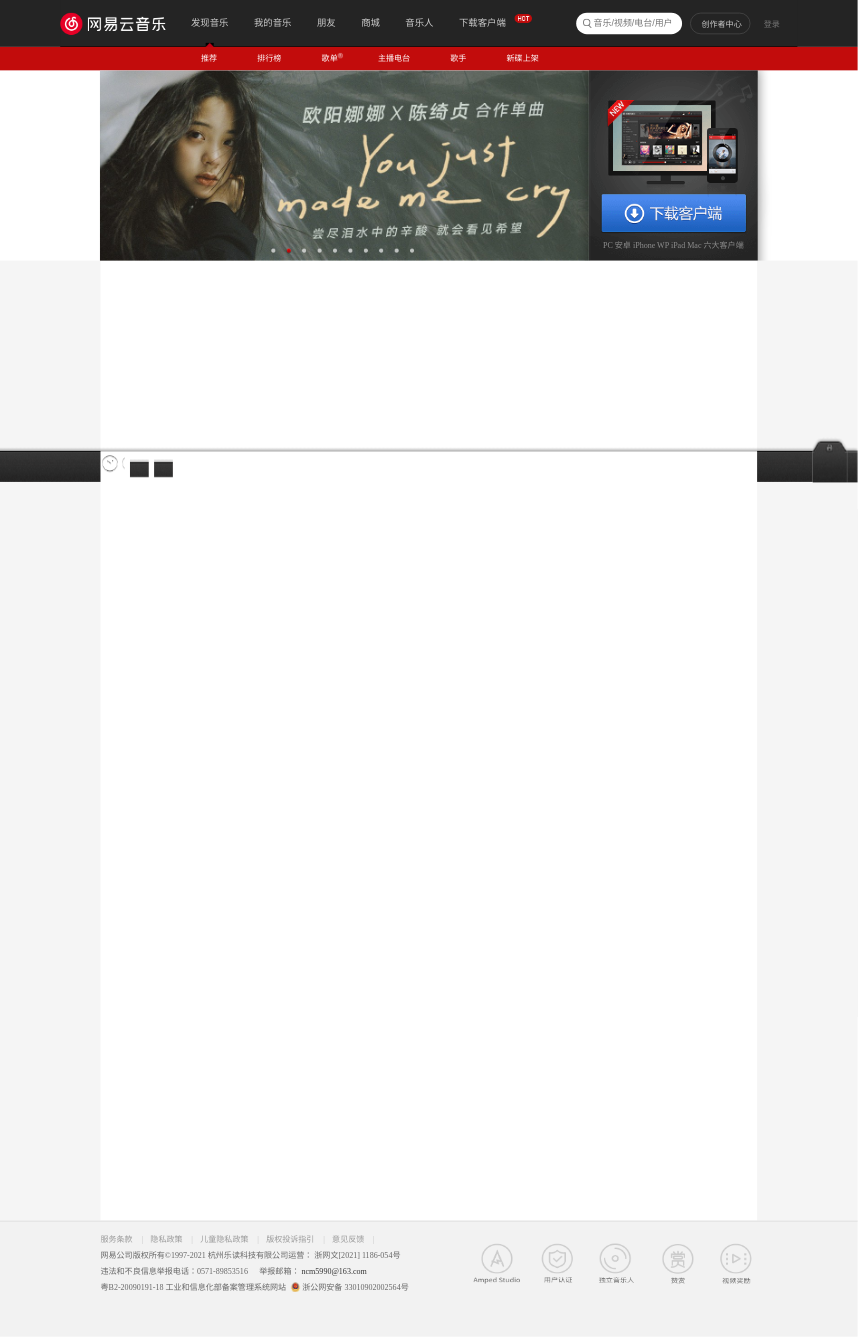
Repository: changfeng5/cat
Page: cat/index.html
The author's editor kept a copy of each file at every save. The page is drawn from the files as they stood at one save, then again after the next save.
The browser window is 1280 px wide. The pictures show the whole page, at 67% of full size.

Above is the page before, as saved 2021-05-01 02:52:46.

### cat/index.html
<!DOCTYPE html>
<html lang="en">

<head>
  <meta charset="UTF-8" />
  <meta http-equiv="X-UA-Compatible" content="IE=edge" />
  <meta name="viewport" content="width=device-width, initial-scale=1.0" />
  <title>网易云音乐</title>
  <link rel="shortcut icon" href="favicon.ico" />
  <link rel="stylesheet" href="css/style.css" />
  <script src="js/animate.js"></script>
  <script src="js/index.js"></script>
</head>

<body>
  <!-- 头部导航栏 -->
  <div class="header-wrapper">
    <!-- 导航栏 -->
    <div class="nav-wrapper">
      <div class="nav">
        <div class="logo">
          <a href="#"></a>
        </div>
        <ul>
          <li>
            <a href="#">
              <p>发现音乐</p>
              <sub></sub>
            </a>
          </li>
          <li>
            <a href="#">
              <p>我的音乐</p>
            </a>
          </li>
          <li>
            <a href="#">
              <p>朋友</p>
            </a>
          </li>
          <li>
            <a href="#">
              <p>商城</p>
            </a>
          </li>
          <li>
            <a href="#">
              <p>音乐人</p>
            </a>
          </li>
          <li class="lst">
            <a href="#">
              <p>下载客户端</p>
              <span></span>
            </a>
          </li>
        </ul>
        <div class="login">
          <a href="#">登录</a>
          <div class="inner">
            <div class="arr"></div>
          </div>
        </div>
        <div class="creator-center">
          <a href="#">创作者中心</a>
        </div>
        <div class="srch">
          <span></span>
          <input type="text" placeholder="音乐/视频/电台/用户">
        </div>
      </div>
    </div>
    <!-- 子导航栏 -->
    <div class="subnav-wrapper">
      <div class="subnav">
        <ul>
          <li>
            <a href="#">
              <p>推荐</p>
            </a>
          </li>
          <li>
            <a href="#">
              <p>排行榜</p>
            </a>
          </li>
          <li>
            <a href="#">
              <p>歌单<span></span></p>
            </a>
          </li>
          <li>
            <a href="#">
              <p>主播电台</p>
            </a>
          </li>
          <li>
            <a href="#">
              <p>歌手</p>
            </a>
          </li>
          <li>
            <a href="#">
              <p>新碟上架</p>
            </a>
          </li>
        </ul>
      </div>
    </div>
  </div>
  <!-- 推荐-轮播图 -->
  <div class="banner_wrpper">
    <div class="banner">
      <div class="banl">
        <!-- 左按钮 -->
        <a href="javascript:;" class="arrowl"></a>
        <!-- 右按钮 -->
        <a href="javascript:;" class="arrowr"></a>
        <div class="hid">
          <ul>
            <li><a href="#"><img src="images/l1.jpg" alt=""></a></li>
            <li><a href="#"><img src="images/l2.jpg" alt=""></a></li>
            <li><a href="#"><img src="images/l3.jpg" alt=""></a></li>
            <li><a href="#"><img src="images/l4.jpg" alt=""></a></li>
            <li><a href="#"><img src="images/l5.jpg" alt=""></a></li>
            <li><a href="#"><img src="images/l6.jpg" alt=""></a></li>
            <li><a href="#"><img src="images/l7.jpg" alt=""></a></li>
            <li><a href="#"><img src="images/l8.jpg" alt=""></a></li>
            <li><a href="#"><img src="images/l9.jpg" alt=""></a></li>
            <li><a href="#"><img src="images/l10.jpg" alt=""></a></li>
          </ul>
        </div>
        <!-- 小圆点 -->
        <ol>
          <li></li>
          <li></li>
          <li></li>
          <li></li>
          <li></li>
          <li></li>
          <li></li>
          <li></li>
          <li></li>
          <li></li>
        </ol>
      </div>
      <div class="banr">
        <a href="#"></a>
        <p>PC 安卓 iPhone WP iPad Mac 六大客户端</p>
        <span class="shadow_l"></span>
        <span class="shadow_r"></span>
      </div>
    </div>
  </div>

  <!-- 推荐-内容 -->
  <div class="main-wrapper">
    <div class="main">

    </div>
  </div>

  <!-- 底部 -->
  <div class="ft-wrapper">
    <div class="ft">
      <div class="copy">
        <p class="link">
          <a href="#" class="fc1">服务条款</a>
          <span class="line">|</span>
          <a href="#" class="fc1">隐私政策</a>
          <span class="line">|</span>
          <a href="#" class="fc1">儿童隐私政策</a>
          <span class="line">|</span>
          <a href="#" class="fc1">版权投诉指引</a>
          <span class="line">|</span>
          <a href="#" class="fc1">意见反馈</a>
          <span class="line">|</span>
        </p>
        <p class="fc2">
          <span>网易公司版权所有©1997-2021</span>
          <span>杭州乐读科技有限公司运营：</span>
          <a href="#">浙网文[2021] 1186-054号</a>
        </p>
        <p class="fc2">
          <span class="fc2-1">违法和不良信息举报电话：0571-89853516</span>
          <span>举报邮箱：</span>
          <a href="#" class="email">ncm5990@163.com</a>
        </p>
        <p class="fc2">
          <a href="#">粤B2-20090191-18 工业和信息化部备案管理系统网站</a>
          <a href="#">
            <span class="police-logo"></span>
            <span>浙公网安备 33010902002564号</span>
          </a>
        </p>
      </div>
      <ul>
        <li>
          <a href="#" class="ft-logo1"></a>
          <span class="ft-tt1"></span>
        </li>
        <li>
          <a href="#" class="ft-logo2"></a>
          <span class="ft-tt2"></span>
        </li>
        <li>
          <a href="#" class="ft-logo3"></a>
          <span class="ft-tt3"></span>
        </li>
        <li>
          <a href="#" class="ft-logo4"></a>
          <span class="ft-tt4"></span>
        </li>
        <li>
          <a href="#" class="ft-logo5"></a>
          <span class="ft-tt5"></span>
        </li>
      </ul>
    </div>
  </div>

  <!-- 回到顶部 -->
  <a href="#" class="back" title="回到顶部"></a>

  <!-- 底部播放条 -->
  <div class="player_w">
    <div class="player">
      <div class="updn">
        <div class="p_r_l">
          <a href="javascript:;"></a>
        </div>
        <div class="p_r_r"></div>
      </div>
      <div class="bg"></div>
      <div class="hand" title="展开播放条"></div>
      <div class="player_m">
        <div class="btns">
          <a href="javascript:;" class="prv" title="上一首"></a>
          <a href="javascript:;" class="ply" title="播放/暂停"></a>
          <a href="javascript:;" class="nxt" title="下一首"></a>
        </div>
        <div class="head"></div>
        <div class="play"></div>
        <div class="oper"></div>
        <div class="ctrl"></div>
      </div>
    </div>
  </div>
</body>

</html>

### cat/css/style.css
* {
  margin: 0;
  padding: 0;
}

li {
  list-style: none;
}

a {
  text-decoration: none;
}

body {
  font-size: 12px;
  color: #333;
}

html {
  min-width: 1100px;
}

/* 主导航栏 */

.nav-wrapper {
  height: 70px;
  background: #242424;
}

.nav {
  margin: 0 auto;
  width: 1100px;
  height: 70px;
  box-sizing: border-box;
  background: #242424;
  border-bottom: 1px solid #000;
}

/* 网易云logo */
.nav .logo {
  float: left;
  width: 176px;
  height: 69px;
  background: url(../images/1.png) no-repeat;
  background-position: 0 0;
}

.nav .logo a {
  float: left;
  width: 157px;
  height: 100%;
  padding-right: 20px;
}

.nav ul li {
  float: left;
}

.nav ul li a {
  float: left;
  height: 100%;
  padding: 0 19px;
}

.nav ul li a:hover {
  background: #000;
  color: #fff;
}

.nav ul li a p {
  display: inline-block;
  height: 100%;
  line-height: 69px;
  font-size: 14px;
  color: #ccc;
}

.nav ul li sub {
  position: absolute;
  left: 50%;
  top: 64px;
  width: 12px;
  height: 7px;
  margin-left: -6px;
  overflow: hidden;
  background: url(../images/1.png) no-repeat;
  background-position: -226px 0;
}

.nav ul li {
  position: relative;
}

.nav ul .lst span {
  position: absolute;
  top: 21px;
  left: 100px;
  width: 28px;
  height: 19px;
  background: url(../images/1.png) no-repeat;
  background-position: -190px 0;
}

.nav .login {
  position: relative;
}

.nav .login a {
  float: right;
  width: 28px;
  height: 16px;
  margin: 27px 22px 0 20px;
  color: #787878;
}

.nav .login a:hover {
  color: #666;
  text-decoration: underline;
}

.nav .login .inner {
  display: none;
  position: absolute;
  top: 58px;
  right: -43px;
  width: 158px;
  background: #202020;
  border: 1px solid #202020;
}

.nav .login .inner .arr {
  position: absolute;
  top: -8px;
  left: 50%;
  width: 14px;
  height: 8px;
  margin-left: -7px;
  background: url(../images/2.png) no-repeat;
  background-position: -20px 0;
}

.nav .login:hover .inner {
  display: block;
}

.nav .creator-center a {
  float: right;
  width: 90px;
  height: 32px;
  margin: 19px 0 0 12px;
  box-sizing: border-box;
  padding-left: 16px;
  border: 1px solid #4f4f4f;
  border-radius: 20px;
  color: #ccc;
  line-height: 32px;
}

.nav .creator-center a:hover {
  border-color: #fff;
  color: #fff;
}

.nav .srch {
  float: right;
  width: 158px;
  height: 32px;
  margin-top: 19px;
  background: #fff;
  border-radius: 32px;
}

.nav .srch span {
  float: left;
  width: 26px;
  height: 32px;
  background: url(../images/1.png) no-repeat;
  background-position: 0 -99px;
}

.nav .srch input {
  float: left;
  margin-top: 8px;
  width: 126px;
  height: 16px;
  background: transparent;
  line-height: 16px;
  outline: none;
  border: 0;
}

/* 子导航栏 */
.subnav-wrapper {
  height: 35px;
  background: #c20c0c;
}

.subnav {
  margin: 0 auto;
  width: 1100px;
  height: 35px;
}

.subnav ul {
  padding-left: 180px;
}

.subnav ul li a {
  float: left;
  height: 34px;
}

.subnav ul li a p {
  position: relative;
  height: 20px;
  padding: 0 13px;
  margin: 7px 17px 0;
  border-radius: 20px;
  line-height: 20px;
  color: #fff;
}

.subnav ul li a:hover p {
  background: #9b0909;
}

.subnav ul li a span {
  position: absolute;
  top: 2px;
  width: 8px;
  height: 8px;
  background: url(../images/R.png) no-repeat;
  background-size: cover;
}

/* 推荐-轮播图 */
.banner_wrpper {
  width: 100%;
  background-size: cover;
}

.banner {
  position: relative;
  width: 982px;
  height: 284px;
  margin: 0 auto;
}

.banl {
  width: 730px;
  height: 100%;
}

.banl .hid {
  position: relative;
  overflow: hidden;
  width: 730px;
  height: 285px;
}

.banl ul {
  position: absolute;
  width: 1200%;
}

.banl ul li {
  float: left;
}

.banl img {
  width: 730px;
}

.banl > a {
  position: absolute;
  top: 50%;
  margin-top: -31px;
  width: 37px;
  height: 63px;
  background: url(../images/banner.png) no-repeat;
  z-index: 9;
}

.banl .arrowl {
  left: -68px;
  background-position: 0 -360px;
}

.banl .arrowl:hover {
  background-position: 0 -430px;
}

.banl .arrowr {
  right: -68px;
  background-position: 0 -508px;
}

.banl .arrowr:hover {
  background-position: 0 -578px;
}

.banl ol {
  position: absolute;
  top: 259px;
  left: 249px;
}

.banl ol li {
  display: inline-block;
  width: 20px;
  height: 20px;
  text-align: center;
  border-radius: 50%;
  cursor: pointer;
  background: url(../images/banner.png);
  background-position: 3px -343px;
}

.banl ol .current {
  background-position: -16px -343px;
}

.banr {
  position: absolute;
  top: 0;
  right: 0;
  width: 252px;
  height: 284px;
  background: url(../images/d.png);
}

.banr > a {
  display: block;
  width: 214px;
  height: 56px;
  margin: 185px 0 0 19px;
}

.banr > a:hover {
  background: url(../images/d.png);
  background-position: 0 -289px;
}

.banr > p {
  margin: 10px auto;
  text-align: center;
  color: #8d8d8d;
}

.banr > span {
  position: absolute;
  top: 0;
  width: 20px;
  height: 284px;
  background: url(../images/banner.png);
}

.banr .shadow_l {
  left: -20px;
  background-position: -1px 0;
}

.banr .shadow_r {
  right: -20px;
  background-position: -20px 0;
}

/* 推荐-内容 */
.main-wrapper {
  background: #f5f5f5;
}

.main {
  width: 980px;
  height: 1433px;
  margin: 0 auto;
  background: #fff;
}

/* 底部 */
.ft-wrapper {
  width: 100%;
  height: 172px;
  border-top: 1px solid #d3d3d3;
  background: #f2f2f2;
}

.ft {
  width: 980px;
  height: 100%;
  margin: 0 auto;
}

.ft .copy {
  float: left;
  width: 520px;
  padding-top: 15px;
  line-height: 24px;
}

.ft .copy .fc1 {
  color: #999;
}

.ft .copy .line {
  margin: 0 8px 0 10px;
  color: #c2c2c2;
}

.ft .copy .fc2 {
  color: #666;
}

.ft .copy .fc2 a {
  color: #666;
}

.ft .copy .fc2-1 {
  margin-right: 14px;
}

.ft .copy .fc2 .email {
  color: #333;
}

.ft .copy .fc2 .police-logo {
  display: inline-block;
  width: 14px;
  height: 14px;
  margin-left: 4px;
  vertical-align: -2px;
  background: url(../images/police.png) no-repeat;
  background-size: cover;
}

.ft .copy a:hover {
  text-decoration: underline;
}

.ft ul {
  float: right;
  width: 420px;
  margin-top: 33px;
}

.ft ul li {
  float: left;
  width: 60px;
  height: 70px;
  margin-left: 30px;
  color: #666;
}

.ft ul li:first-child {
  margin-left: 0;
}

.ft ul li a {
  display: block;
  width: 50px;
  height: 45px;
  margin: 0 auto;
  background: url(../images/footer-enter.png) no-repeat;
  background-size: 110px 552px;
}

.ft ul li .ft-logo1 {
  background-position: -60px -456.5px;
}

.ft ul li .ft-logo2 {
  background-position: -60px -101px;
}

.ft ul li .ft-logo3 {
  background-position: 0 0;
}

.ft ul li .ft-logo4 {
  background-position: -60px -50px;
}

.ft ul li .ft-logo5 {
  background-position: 0 -101px;
}

.ft ul li span {
  float: right;
  margin-top: 5px;
  width: 52px;
  height: 14px;
  background: url(../images/foot-enter-tt.png) no-repeat;
  background-size: 180px 139px;
}

.ft ul li .ft-tt1 {
  margin-right: -8px;
  width: 72px;
  background-position: 0 -108px;
}

.ft ul li .ft-tt2 {
  background-position: -1px -91px;
}

.ft ul li .ft-tt3 {
  margin-right: 4px;
  background-position: 0 0;
}

.ft ul li .ft-tt4 {
  margin-right: 2px;
  background-position: 0 -54px;
}

.ft ul li .ft-tt5 {
  margin-right: 4px;
  background-position: -1px -72px;
}

/* 回到顶部 */
.back {
  display: none;
  position: fixed;
  left: 50%;
  margin-left: 500px;
  bottom: 160px;
  width: 49px;
  height: 44px;
  background: url(../images/sprite1.png) no-repeat;
  background-position: -265px -47px;
}

/* 底部播放条 */
.player_w {
  position: fixed;
  bottom: 0;
  width: 100%;
}

.player {
  position: absolute;
  zoom: 1;
  top: -53px;
  left: 0;
  width: 100%;
  height: 53px;
  margin: 0 auto;
}

.player .bg {
  height: 53px;
  margin-right: 67px;
  background: url(../images/player.png);
  background-position: 0 0;
  background-repeat: repeat-x;
}

.player .updn {
  position: relative;
}

.player .updn .p_r_l {
  position: absolute;
  top: -14px;
  right: 15px;
  width: 52px;
  height: 67px;
  background: url(../images/player.png);
  background-position: 0 -380px;
}

.player .updn .p_r_r {
  position: absolute;
  top: -1px;
  right: 0;
  width: 15px;
  height: 54px;
  background: url(../images/player.png);
  background-position: -52px -393px;
}

.player .updn .p_r_l > a {
  display: block;
  width: 18px;
  height: 18px;
  margin: 6px 0 0 17px;
  background: url(../images/player.png);
  background-position: -100px -380px;
}

.player .hand {
  position: absolute;
  top: -10px;
  width: 100%;
  height: 20px;
  cursor: pointer;
}

.player .player_m {
  position: absolute;
  left: 50%;
  top: 6px;
  width: 980px;
  height: 47px;
  margin-left: -490px;
  background: #fff;
}

.player .player_m .btns {
  float: left;
  width: 137px;
  padding: 6px 0 0 0;
}

.player .player_m .btns a {
  float: left;
  width: 28px;
  height: 28px;
  margin-right: 8px;
  margin-top: 5px;
  background: url(../images/player.png);
}

.player .player_m .btns .prv {
  background-position: 0 -130px;
}

.player .player_m .btns .prv {
  width: 36px;
  height: 36px;
  margin-top: 0;
  background-position: 0 -204px;
}

.player .player_m .btns .prv {
  background-position: -80px -130px;
}

### cat/js/animate.js
function animate(obj, target, callback) {
    // console.log(callback);  callback = function() {}  调用的时候 callback()
    clearInterval(obj.timer);
    obj.timer = setInterval(function () {
        // 缓慢效果
        var step = (target - obj.offsetLeft) / 10;
        // 避免出现精度问题，正数取小，负数取大
        step = step > 0 ? Math.ceil(step) : Math.floor(step);
        if (obj.offsetLeft == target) {
            // 停止动画即停止定时器
            clearInterval(obj.timer);
            // 回调函数
            // 另一种方法callback && callback();
            if (callback) {
                callback();
            }
        }
        obj.style.left = obj.offsetLeft + step + 'px';
    }, 15);
}

### cat/js/index.js
window.addEventListener('load', function () {
    // 轮播图
    var banl = document.querySelector('.banl');
    var ul = banl.querySelector('ul');
    var ol = banl.querySelector('ol');
    var banlWidth = banl.offsetWidth;
    for (var i = 0; i < ol.children.length; i++) {
        ol.children[i].setAttribute('index', i);
        ol.children[i].addEventListener('click', function () {
            for (var i = 0; i < ol.children.length; i++) {
                ol.children[i].className = '';
            }
            this.className = 'current';
            // 点击小圆圈，移动图片
            var index = this.getAttribute('index');
            // 要联立num与index与circle，防止播放顺序出错
            num = index;
            circle = index;
            animate(ul, -index * banlWidth);
            var x = parseInt(index) + 1;
            var banner_wrpper = document.querySelector('.banner_wrpper');
            banner_wrpper.style.backgroundImage = 'url(images/l' + x + '-' + x + '.jpg)';
        })
    }
    // 把ul里面的第一个小li设置类名为 current 默认刷新第一张
    ol.children[0].className = 'current';
    // 克隆第一张图片(li)放到ul 最后面
    var first = ul.children[0].cloneNode(true);
    ul.appendChild(first);
    // 右侧按钮
    var arrowl = banl.querySelector('.arrowl');
    var arrowr = banl.querySelector('.arrowr');
    // num最后一点跳回第一点
    var num = 0;
    // circle 控制小圆圈的播放
    var circle = 0;
    arrowr.addEventListener('click', function () {
        // 图片临界跳到另一边
        if (num == ul.children.length - 1) {
            ul.style.left = 0;
            num = 0;
        }

        // num要放在animate前面
        num++;
        animate(ul, -num * banlWidth);
        circle++;
        // 判断跳为小圆点回第一个点(circle %= ol.children.length;这样写也行)
        circle = circle == ol.children.length ? 0 : circle;
        circleChange();
    })
    // 左侧按钮
    arrowl.addEventListener('click', function () {
        flag = false;
        // 图片临界跳到另一边
        if (num == 0) {
            num = ul.children.length - 1;
            ul.style.left = -num * banlWidth + 'px';
        }
        num--;
        // num要放在animate前面
        animate(ul, -num * banlWidth);
        circle--;
        // 判断跳为小圆点最后一个点(circle %= ol.children.length;这样写也行)
        circle = circle < 0 ? ol.children.length - 1 : circle;
        circleChange();
    })
    function circleChange() {
        // 先清除其余小圆圈的current类名
        for (var i = 0; i < ol.children.length; i++) {
            ol.children[i].className = '';
        }
        // 留下当前的小圆圈的current类名
        ol.children[circle].className = 'current';
    }

    // 自动播放轮播图
    var hid = banl.querySelector('.hid');
    var intval = null;  //定义计时器对象
    var start = function () {
        intval = setInterval(function () {
            //手动调用点击事件
            arrowr.click();
        }, 3000)
    }
    start();
    // 鼠标经过暂停
    hid.addEventListener('mouseover', function () {
        clearInterval(intval);
    })
    hid.addEventListener('mouseout', function () {
        start();
    })


    // 返回顶部
    var back = document.querySelector('.back');
    document.addEventListener('scroll', function () {
        if (window.pageYOffset > 0) {
            back.style.display = 'block';
        } else {
            back.style.display = 'none';
        }
    })
})

After the next save:
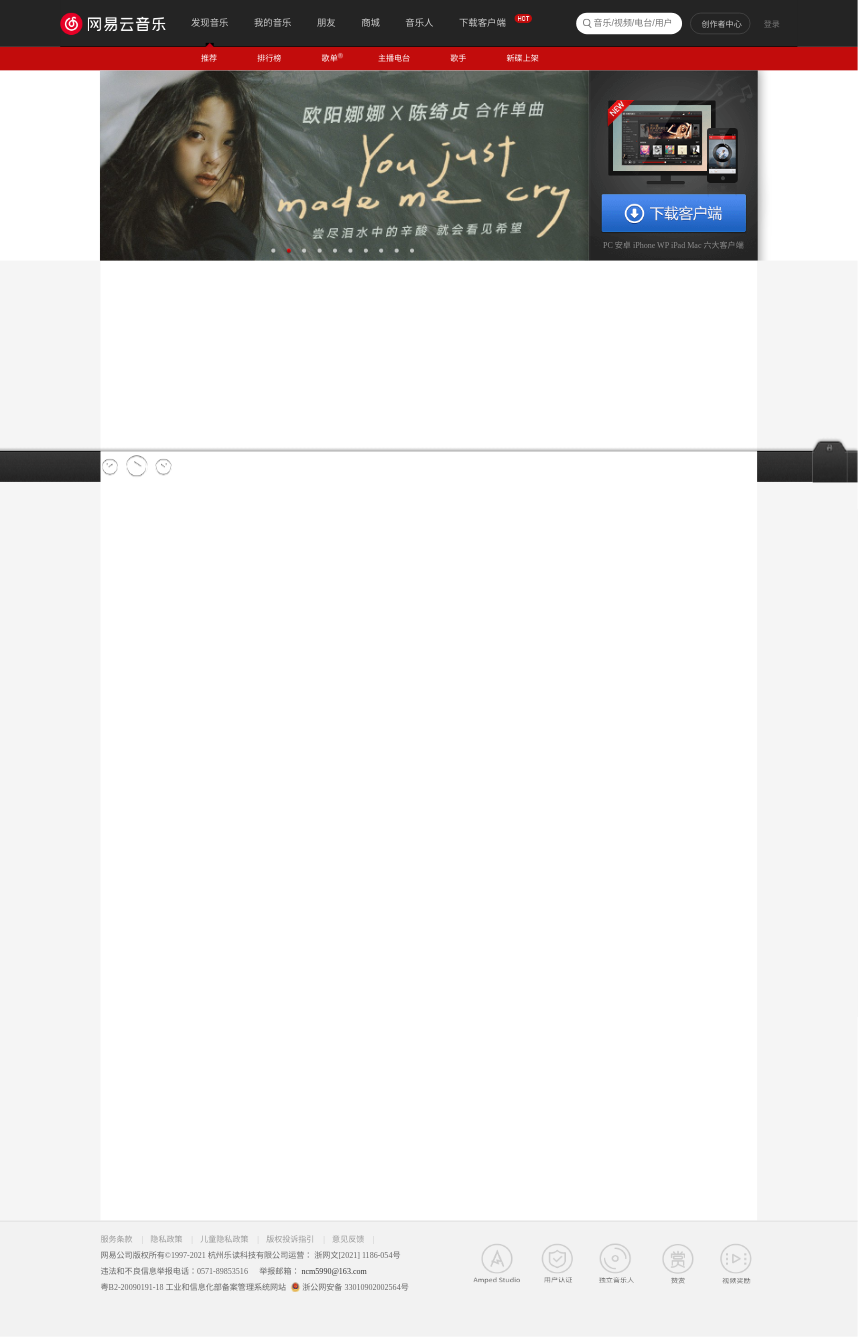
Saved 24 s later.
--- a/cat/css/style.css
+++ b/cat/css/style.css
@@ -626,13 +626,13 @@
   background-position: 0 -130px;
 }
 
-.player .player_m .btns .prv {
+.player .player_m .btns .ply {
   width: 36px;
   height: 36px;
   margin-top: 0;
   background-position: 0 -204px;
 }
 
-.player .player_m .btns .prv {
+.player .player_m .btns .nxt {
   background-position: -80px -130px;
 }
